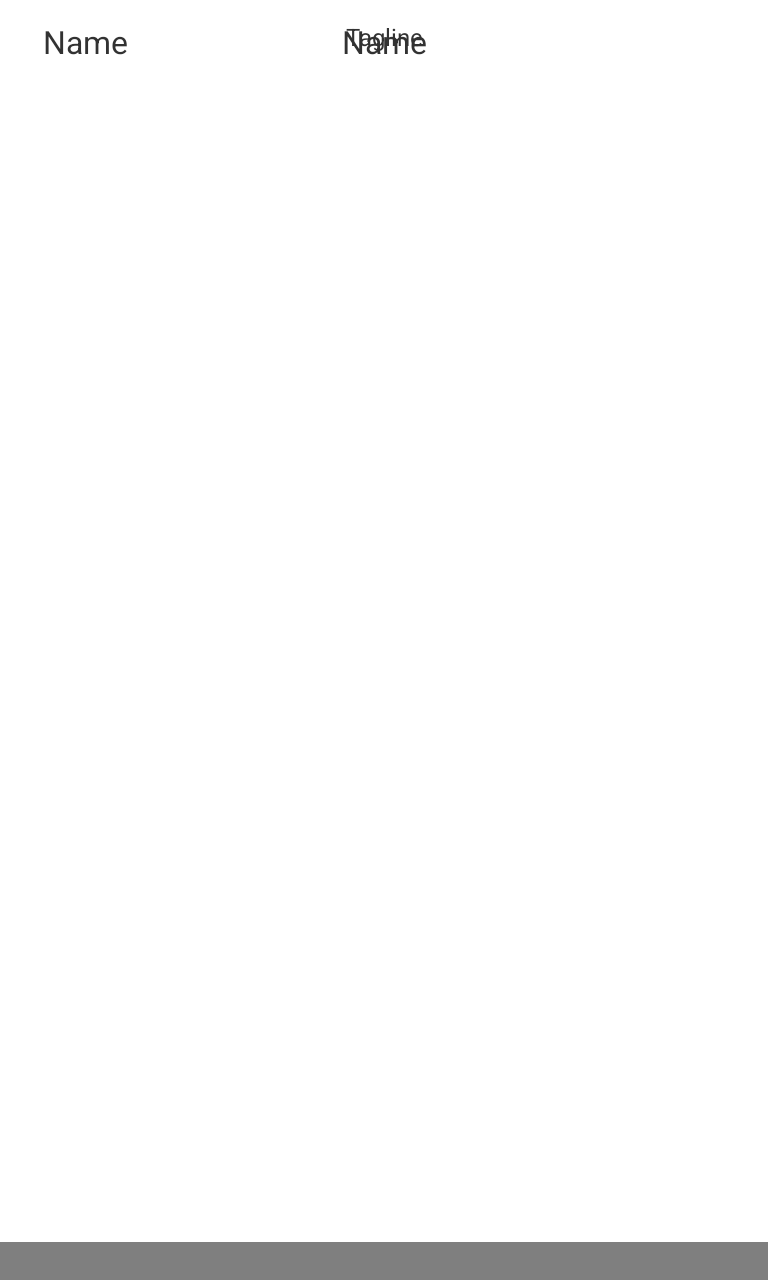
Repository: patilsnehal/AndroidBootCampProjects
Layout: TwitterClientApp/SimpleTwitterClient/res/layout/activity_profile.xml
These files come from the project's save history. The layout is drawn as it stood at one moment and after the next save; the edit follows.
Pictures or frames that could not be fetched are drawn as grey boxes. It is drawn on a 768 x 1280 px phone screen (xhdpi) without system bars, with theme AppTheme; the app's code is not run.

Above is the layout before, as saved 2014-09-28 23:02:30.

### TwitterClientApp/SimpleTwitterClient/res/layout/activity_profile.xml
<RelativeLayout xmlns:android="http://schemas.android.com/apk/res/android"
    xmlns:tools="http://schemas.android.com/tools"
    android:layout_width="match_parent"
    android:layout_height="match_parent"
    tools:context="${relativePackage}.${activityClass}" >

    <RelativeLayout
        android:id="+id/rlHeader"
        android:layout_width="wrap_content"
        android:layout_height="wrap_content"
        android:layout_alignParentLeft="true"
        android:layout_alignParentRight="true"
        android:layout_alignParentTop="true" >

        <ImageView
            android:id="@+id/ivImageView"
            android:layout_width="50dp"
            android:layout_height="50dp"
            android:layout_marginLeft="10dp"
            android:layout_marginTop="10dp" />

        <TextView
            android:id="@+id/tvName"
            android:layout_width="match_parent"
            android:layout_height="wrap_content"
            android:layout_marginTop="10dp"
            android:layout_toRightOf="+id/ivImageView"
            android:gravity="center"
            android:text="Name"
            android:textSize="16sp" />

        <TextView
            android:id="@+id/tvTagline"
            android:layout_width="match_parent"
            android:layout_height="wrap_content"
            android:layout_bellow="tvName"
            android:layout_marginTop="10dp"
            android:layout_toLeftOf="tvName"
            android:gravity="center"
            android:text="Tagline"
            android:textSize="12sp" />
    </RelativeLayout>

    <LinearLayout
        android:id="+id/llCounts"
        android:layout_width="wrap_content"
        android:layout_height="wrap_content"
        android:layout_bellow="+id/rlHeader"
        android:orientation="horizontal"
        android:layout_marginBottom="10dp" >

         <TextView
            android:id="@+id/tvFollowers"
            android:layout_width="match_parent"
            android:layout_height="wrap_content"
            android:layout_marginTop="10dp"
            android:layout_toRightOf="+id/ivImageView"
            android:gravity="center"
            android:text="Name"
            android:textSize="16sp" />

          <TextView
            android:id="@+id/tvName"
            android:layout_width="match_parent"
            android:layout_height="wrap_content"
            android:layout_marginTop="10dp"
            android:layout_toRightOf="+id/ivImageView"
            android:gravity="center"
            android:text="Name"
            android:textSize="16sp" />

    </LinearLayout>

    <fragment
        android:id="@+id/fragmentUserTimeline"
        android:name="com.codepath.apps.basictwitter.fragments.UserTimelineFragment"
        android:layout_width="wrap_content"
        android:layout_height="wrap_content"
        android:layout_alignParentBottom="true"
        android:layout_alignParentLeft="true"
        android:layout_alignParentRight="true"
        android:layout_below="+id/rlHeader"
        tools:layout="@layout/fragment_tweet_list" />

</RelativeLayout>

### TwitterClientApp/SimpleTwitterClient/res/layout/fragment_tweet_list.xml
<?xml version="1.0" encoding="utf-8"?>
<LinearLayout xmlns:android="http://schemas.android.com/apk/res/android"
    android:layout_width="match_parent"
    android:layout_height="match_parent"
    android:orientation="vertical" >

  <ListView
        android:id="@+id/lvTweets"
        android:layout_width="match_parent"
        android:layout_height="wrap_content"
        android:layout_alignParentBottom="true"
        android:layout_alignParentLeft="true"
        android:layout_alignParentRight="true"
        android:layout_alignParentTop="true" >

    </ListView>

</LinearLayout>

Loaded but not shown: TwitterClientApp/SimpleTwitterClient/res/values/styles.xml (common file); TwitterClientApp/SimpleTwitterClient/res/values-v11/styles.xml (common file); TwitterClientApp/SimpleTwitterClient/res/values-v14/styles.xml (common file)

After the next save:
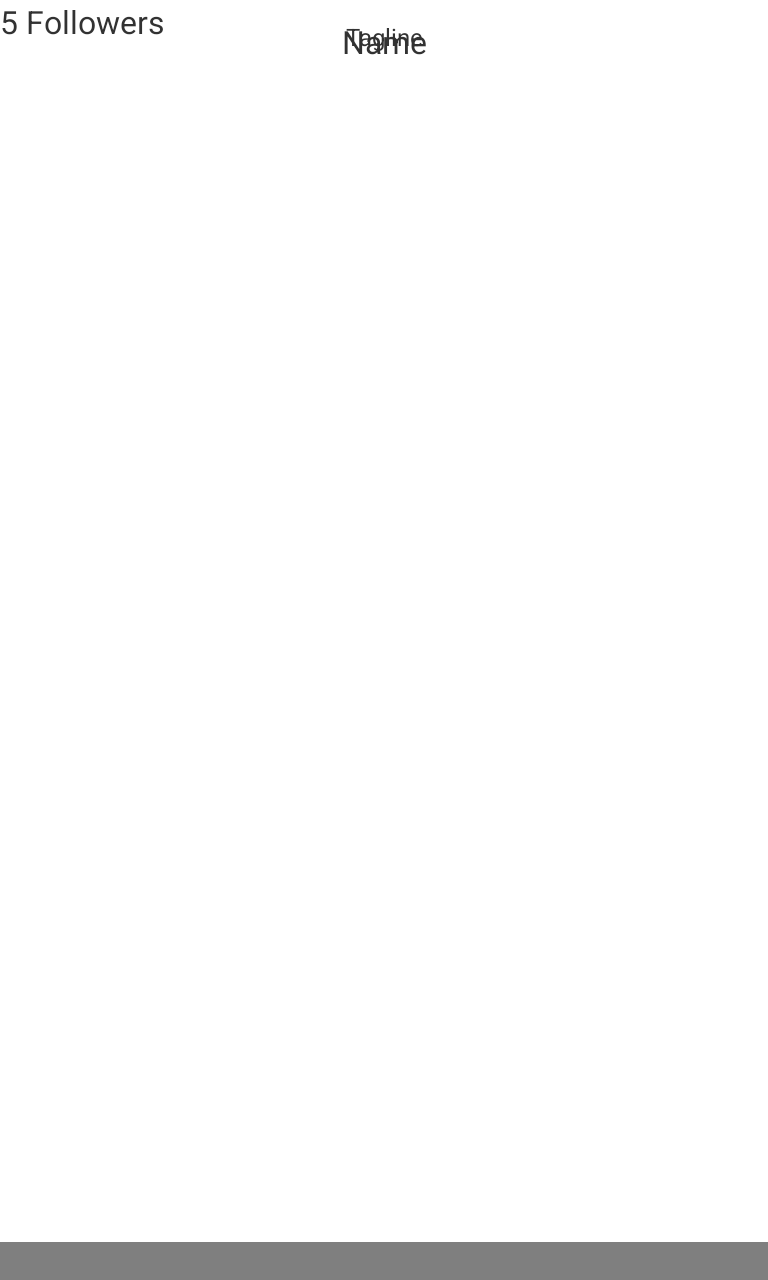
Saved 35 s later.
--- a/TwitterClientApp/SimpleTwitterClient/res/layout/activity_profile.xml
+++ b/TwitterClientApp/SimpleTwitterClient/res/layout/activity_profile.xml
@@ -53,10 +53,7 @@
             android:id="@+id/tvFollowers"
             android:layout_width="match_parent"
             android:layout_height="wrap_content"
-            android:layout_marginTop="10dp"
-            android:layout_toRightOf="+id/ivImageView"
-            android:gravity="center"
-            android:text="Name"
+            android:text="5 Followers"
             android:textSize="16sp" />
 
           <TextView
